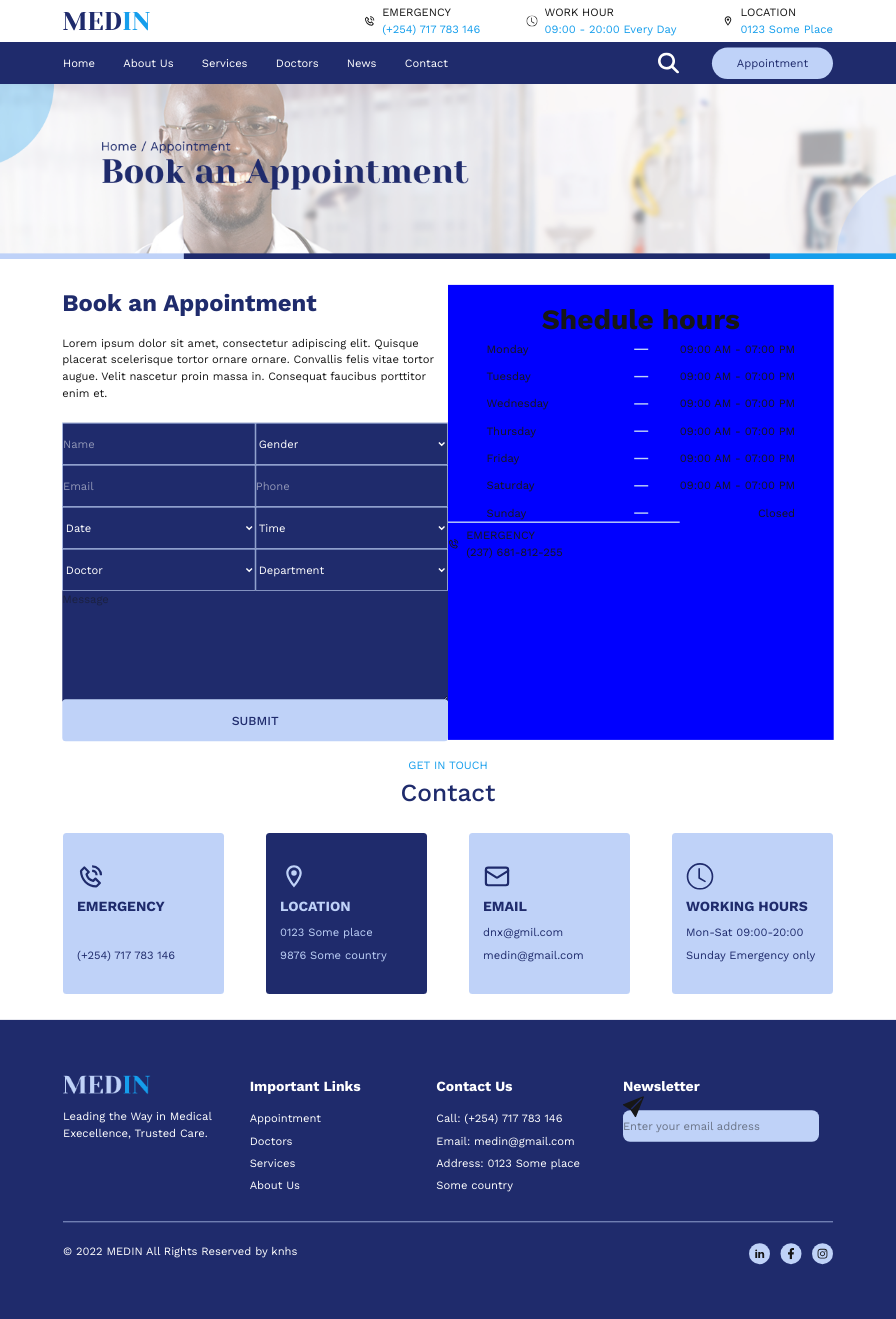
Repository: SynHK3/Poc_Hospital
Page: /appointment (app in fe_hospital/)
An editor plug-in stored every save of this project. The page is shown before and after a run of saves, followed by the edit.
The browser window is 1280 px wide. The pictures show the whole page, at 70% of full size.
The project was rebuilt for these pictures with package versions that can differ from the ones it lists, and the page was loaded fresh each time. The framework's server and built-in components were replaced by stand-ins that run in the browser. Also part of the build but not shown: fe_hospital/next.config.ts.

Above is the page before, as saved 2025-09-02 22:50:03.

### fe_hospital/src/app/layout.tsx
import type { Metadata } from "next";
import { Geist, Geist_Mono, Work_Sans } from "next/font/google";
import "./globals.css";

const geistSans = Geist({
  variable: "--font-geist-sans",
  subsets: ["latin"],
});

const geistMono = Geist_Mono({
  variable: "--font-geist-mono",
  subsets: ["latin"],
});

const workSans = Work_Sans({
  subsets: ["latin"],
  weight: ["400", "500", "600", "700"], // chọn các weight cần
});

export const metadata: Metadata = {
  title: "Create Next App",
  description: "Generated by create next app",
};

export default function RootLayout({
  children,
}: Readonly<{
  children: React.ReactNode;
}>) {
  return (
    <html lang="en">
      <body
        className={`${workSans.className} ${geistMono.variable} antialiased`}
      >
        {children}
      </body>
    </html>
  );
}

### fe_hospital/src/components/header/header.tsx
import Logo from "../../images/Logo.svg";
import Image from "next/image";
import { BiPhoneCall } from "react-icons/bi";
import { FaMagnifyingGlass } from "react-icons/fa6";
import { BsClock } from "react-icons/bs";
import { MdOutlineLocationOn } from "react-icons/md";
import "./header.css";

export default function Header() {
  return (
    <div className="container__header">
      <div className="header__layout">
        <div className="header__headline">
          <Image src={Logo} width={125} height={42} alt=""></Image>

          <div className="header__headline--info">
            <div className="header__headline--info--item">
              <BiPhoneCall className="icon__info--item"></BiPhoneCall>

              <div className="header__headline--info--desc">
                <h3>EMERGENCY</h3>
                <h5>(+254) 717 783 146</h5>
              </div>
            </div>

            <div className="header__headline--info--item">
              <BsClock className="icon__info--item"></BsClock>

              <div className="header__headline--info--desc">
                <h3>WORK HOUR</h3>
                <h5>09:00 - 20:00 Every Day</h5>
              </div>
            </div>

            <div className="header__headline--info--item">
              <MdOutlineLocationOn className="icon__info--item"></MdOutlineLocationOn>

              <div className="header__headline--info--desc">
                <h3>LOCATION</h3>
                <h5>0123 Some Place</h5>
              </div>
            </div>
          </div>
        </div>

        <div className="header__nav">
          <div className="layout__header--nav">
            <ul className="header__list--nav">
              <li>Home</li>
              <li>About Us</li>
              <li>Services</li>
              <li>Doctors</li>
              <li>News</li>
              <li>Contact</li>
            </ul>

            <div className="header__nav--appoinment">
              <FaMagnifyingGlass fontSize={30}></FaMagnifyingGlass>

              <button className="header__btn--appointment">Appointment</button>
            </div>
          </div>
        </div>
      </div>
    </div>
  );
}

### fe_hospital/src/app/appointment/appointment.css
.container__content--appointment {
  width: 100%;
  height: auto;
}

.content__banner--appointment {
  width: 100%;
  height: 250px;
  background-image: url("./images/Content__Header__Appointment.png");
  background-repeat: no-repeat;
  background-size: cover;
  background-position: center;
}

.content--form--appointment {
  display: flex;
  margin-top: 37px;
  width: 100%;
  height: 650px;

  align-items: center;
  justify-content: center;
}

.layout__content--submit--form--appointment {
  display: flex;
  width: 1102px;
  height: 650px;
}

/* CSS Form Appointment */

.container__form--submit--appointment {
  width: 50%;
  height: 650px;
}
.form__title {
  color: #1f2b6c;
  font-weight: bold;
  font-size: 34px;
}

.form__description {
  margin-top: 20px;
}

.form__appointment {
  margin-top: 30px;
}

.form__group {
  display: flex;
}

.form__input,
.form__select {
  width: 100%;
  height: 60px;
  background-color: #1f2b6c;
  border: 1px solid #bfd2f8;
  color: white;
  font-size: 1rem;
}

/* .form__select {
  appearance: none;
  background-image: url('data:[embedded picture, 232 characters]');
  background-repeat: no-repeat;
  background-position: right 15px center;
  background-size: 12px;
} */

.form__textarea {
  width: 100%;
  height: 158px;
  resize: vertical;
  background-color: #1f2b6c;
}

.btn__submit--appointment {
  margin-top: -10px;
  width: 100%;
  height: 60px;
  background-color: #bfd2f8;
  color: #1f2b6c;
  border-radius: 5px;
  font-size: 1.1rem;
  font-weight: 500;
  cursor: pointer;
}

/* End Form Appoint Ment */

/* Start Shedule Appoinment */

.container__shedule--appointment {
  width: 50%;
  height: 650px;
  background-color: blue;
}

.shedule__title {
  font-size: 2.5rem;
  font-weight: bold;
  margin-top: 20px;
  text-align: center;
}

.shedule__list {
  width: 80%;
  margin: 0 auto;
  display: flex;
  flex-direction: column;
  gap: 15px; /* khoảng cách giữa các item */
}

.shedule__item {
  display: flex;
  align-items: center;
}

.shedule__item .day {
  flex: 1;
  text-align: left;
}

.shedule__item .line--day--time {
  width: 20px; /* cố định 10px */
  height: 2px;
  background-color: #bfd2f8;
  margin: 0 8px;
}

.shedule__item .time {
  flex: 1;
  text-align: right;
}

.shedule__line {
  width: 331px;
  height: 2px;
  background-color: #bfd2f8;
}

.shedule__info--contact--item {
  height: 60px;
  display: flex;
  align-items: center;
}

.shedule__info--contact--desc {
}

/* End Shedule Appointment */

### fe_hospital/src/components/contact/contact.tsx
import "./contact.css";

import { BiPhoneCall } from "react-icons/bi";
import { MdOutlineLocationOn } from "react-icons/md";
import { LuMail } from "react-icons/lu";
import { BsClock } from "react-icons/bs";

export default function Contact() {
  return (
    <div className="container__contact">
      <div className="container__layout--contact">
        <div className="content__contact--headline">
          <h6>GET IN TOUCH</h6>
          <h1>Contact</h1>
        </div>

        <ul className="content__list--contact">
          <li>
            <div className="contact--item">
              <BiPhoneCall className="contact__item--icon"></BiPhoneCall>
              <h1>EMERGENCY</h1>

              <h3 style={{ visibility: "hidden" }}>dnx@gmil.com</h3>
              <p>(+254) 717 783 146</p>
            </div>
          </li>
          <li>
            <div className="contact--item">
              <MdOutlineLocationOn className="contact__item--icon"></MdOutlineLocationOn>
              <h1>LOCATION</h1>

              <p>0123 Some place</p>
              <p>9876 Some country</p>
            </div>
          </li>
          <li>
            <div className="contact--item">
              <LuMail className="contact__item--icon"></LuMail>
              <h1>EMAIL</h1>

              <p>dnx@gmil.com</p>
              <p>medin@gmail.com</p>
            </div>
          </li>
          <li>
            <div className="contact--item">
              <BsClock className="contact__item--icon"></BsClock>
              <h1 className="headline--item">WORKING HOURS</h1>

              <p>Mon-Sat 09:00-20:00</p>
              <p>Sunday Emergency only</p>
            </div>
          </li>
        </ul>
      </div>
    </div>
  );
}

### fe_hospital/src/components/footer/footer.tsx
import "./footer.css";
import { RiLinkedinFill } from "react-icons/ri";
import { FaFacebookF } from "react-icons/fa";
import { FaInstagram } from "react-icons/fa";
import Image from "next/image";
import LogoFooter from "../../images/Logo__Footer.png";
import { BsFillSendFill } from "react-icons/bs";

export default function Footer() {
  return (
    <div className="container__footer">
      <div className="container__layout--footer">
        <ul className="list__footer--item">
          <li>
            <div>
              <Image src={LogoFooter} width={125} height={42} alt=""></Image>
              <h1 className="headline__footer">
                Leading the Way in Medical Execellence, Trusted Care.
              </h1>
            </div>
          </li>
          <li>
            <div>
              <h1 className="footer--item--headline">Important Links</h1>
              <ul className="list--item--footer--link">
                <li>Appointment</li>
                <li>Doctors</li>
                <li>Services</li>
                <li>About Us</li>
              </ul>
            </div>
          </li>

          <li>
            <div>
              <h1 className="footer--item--headline">Contact Us</h1>
              <ul className="list--item--footer--contact">
                <li>Call: (+254) 717 783 146</li>
                <li>Email: medin@gmail.com</li>
                <li>Address: 0123 Some place</li>
                <li>Some country</li>
              </ul>
            </div>
          </li>
          <li>
            <div>
              <h1 className="footer--item--headline">Newsletter</h1>
              <div className="container__input--send--mail">
                <input
                  className="input__footer--send--mail"
                  placeholder="Enter your email address"
                ></input>

                <BsFillSendFill
                  className="footer__icon--send--mail"
                  fontSize={30}
                ></BsFillSendFill>
              </div>
            </div>
          </li>
        </ul>

        <div className="footer--line"></div>

        <div className="footer--link--social">
          <h3>© 2022 MEDIN All Rights Reserved by knhs</h3>

          <ul className="list--icon--link--social">
            <li>
              <RiLinkedinFill></RiLinkedinFill>
            </li>
            <li>
              <FaFacebookF></FaFacebookF>
            </li>
            <li>
              <FaInstagram></FaInstagram>
            </li>
          </ul>
        </div>
      </div>
    </div>
  );
}

### fe_hospital/src/components/header/header.css
.container__header {
  width: 100%;
  height: 120px;
}

.header__layout {
  display: flex;
  flex-direction: column;
  align-items: center;
  width: 100%;
}

.header__headline {
  display: flex;
  justify-content: space-between;
  width: 1100px;
  height: 60px;
}

.header__headline--info {
  width: 670px;
  display: flex;
  justify-content: space-between;
}

.header__headline--info--desc > h5 {
  color: #159eec;
}

.header__headline--info--item {
  height: 60px;
  display: flex;
  align-items: center;
}

.icon__info--item {
  font-size: 30;
  margin-right: 10px;
}

/* Header Nav */

.header__nav {
  display: flex;
  align-items: center;
  justify-content: center;
  width: 100%;
  height: 60px;
  background-color: #1f2b6c;
  color: white;
}

.layout__header--nav {
  display: flex;
  justify-content: space-between;
  align-items: center;
  width: 1100px;
  height: 60px;
}

.header__list--nav {
  width: 550px;
  display: flex;
  justify-content: space-between;
}

.header__nav--appoinment {
  width: 250px;
  height: 45px;
  display: flex;
  justify-content: space-between;
  align-items: center;
}

.header__btn--appointment {
  color: #1f2b6c;
  width: 173px;
  height: 45px;
  background-color: #bfd2f8;
  border-radius: 30px;
}

### fe_hospital/src/components/contact/contact.css
.container__contact {
  display: flex;
  width: 100%;
  height: 400px;
  justify-content: center;
}

.container__layout--contact {
  display: flex;
  flex-direction: column;
  justify-content: space-between;
  width: 1100px;
  height: 363px;
}

.content__contact--headline {
  display: flex;
  flex-direction: column;
  width: 100%;
  height: 127px;
  align-items: center;
  justify-content: center;
}

.content__list--contact {
  display: flex;
  justify-content: space-between;
  align-items: center;
}

.content__contact--headline > h1 {
  font-size: 35px;
  font-weight: 500;
  color: #1f2b6c;
}
.content__contact--headline > h6 {
  color: #159eec;
}

.content__list--contact > li {
  display: flex;
  align-items: center;
  width: 230px;
  height: 230px;
  background-color: #bfd2f8;
  border-radius: 5px;
}

.content__list--contact > li:nth-child(2) {
  background-color: #1f2b6c;
}

.content__list--contact > li:nth-child(2) > div > p,
.content__list--contact > li:nth-child(2) > div > h1,
.content__list--contact > li:nth-child(2) > div > .contact__item--icon {
  color: #bfd2f8;
}

.contact--item {
  margin-left: 20px;
  display: flex;
  flex-direction: column;
  justify-content: space-between;
  width: 126px;
  height: 145px;
}

.contact--item > h1 {
  width: 230px;
  font-size: 20px;
  font-weight: 700;
  color: #1f2b6c;
}

.contact--item > p {
  width: 230px;
  color: #1f2b6c;
}

.headline--item {
  width: 140px;
}

.contact__item--icon {
  width: 40px;
  height: 38px;
  color: #1f2b6c;
}

### fe_hospital/src/components/footer/footer.css
.container__footer {
  display: flex;
  width: 100%;
  height: 427px;
  justify-content: center;
  align-items: center;
  background-color: #1f2b6c;
}

.container__layout--footer {
  display: flex;
  flex-direction: column;
  justify-content: space-between;
  width: 1100px;
  height: 270px;
}

/* Footer Items  */
.list__footer--item {
  display: flex;
  justify-content: space-between;
  height: 179px;
}

.footer--item--headline {
  color: white;
  font-weight: 700;
  font-size: 20px;
}

.list__footer--item > li {
  width: 220px;
  height: 179px;
}

.list__footer--item > li:last-child {
  display: flex;
  width: 300px;
}

.headline__footer {
  width: 250px;
  color: white;
}

/* Input SEND MAIL */
.container__input--send--mail {
  position: relative;
  width: 280px;
  display: flex;
  justify-content: space-between;
}

.input__footer--send--mail {
  width: 300px;
  height: 45px;
  background-color: #bfd2f8;
  border-radius: 10px;
}

.footer__icon--send--mail {
  position: absolute;
  right: 10;
  margin-top: 27;
}

.headline__footer,
.list--item--footer--link,
.list--item--footer--contact,
.input__footer--send--mail {
  margin-top: 20px;
}

.list--item--footer--link,
.list--item--footer--contact {
  display: flex;
  flex-direction: column;
  justify-content: space-between;
  height: 120px;
  color: white;
}

/* Footer Line */

.footer--line {
  width: 100%;
  height: 1px;
  background-color: #bfd2f8;
}

.footer--link--social {
  justify-content: space-between;
  display: flex;
}

.footer--link--social > h3 {
  color: white;
}

.list--icon--link--social {
  display: flex;
  justify-content: space-between;
  width: 120px;
}

.list--icon--link--social > li {
  display: flex;
  align-items: center;
  justify-content: center;
  width: 30px;
  height: 30px;
  background-color: #bfd2f8;
  border-radius: 50%;
}

Loaded but not shown: fe_hospital/src/app/globals.css (common file); fe_hospital/src/app/appointment/page.tsx (139 lines, source omitted)

After the next 3 saves:
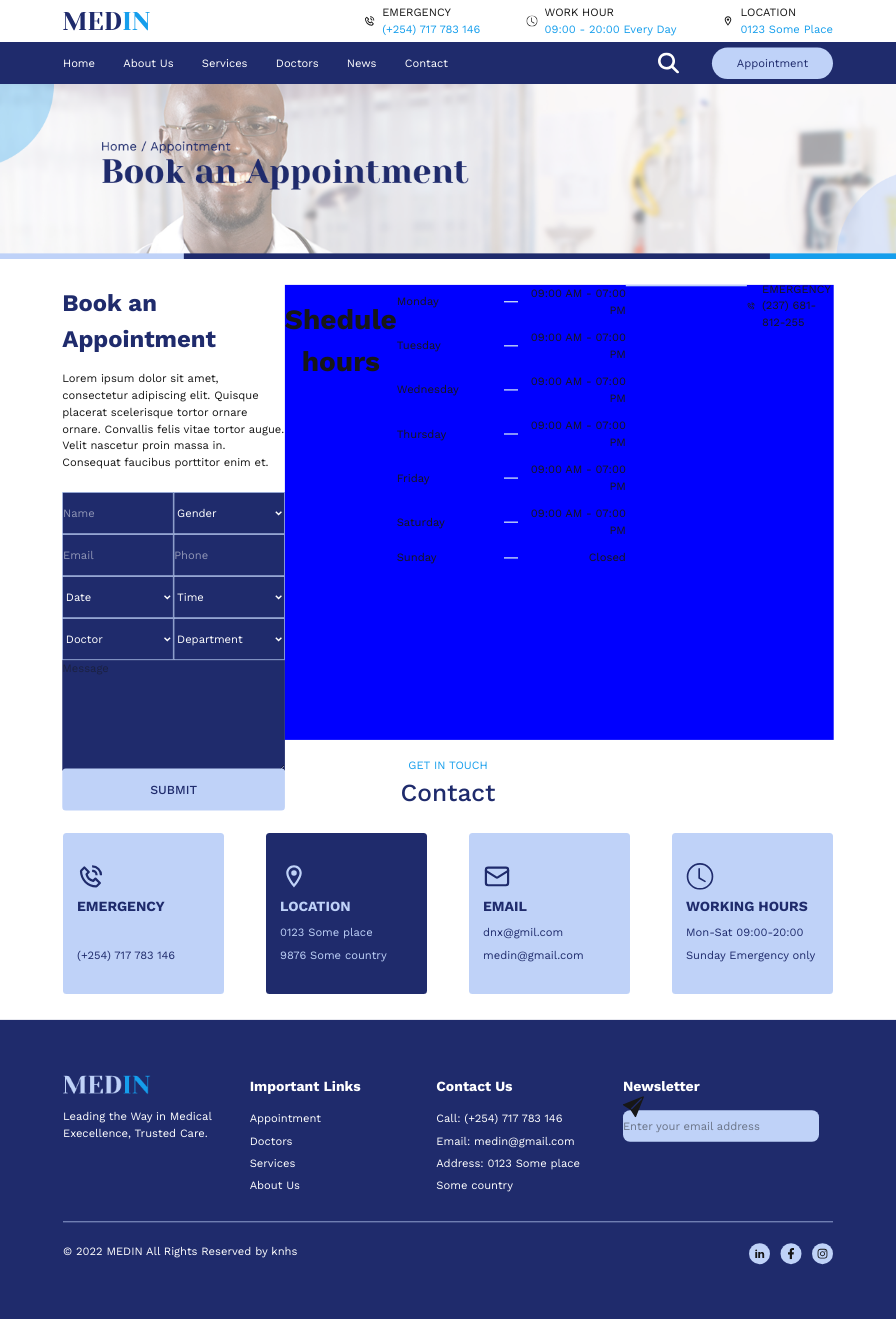
The 3 saves are shown as one change because they came seconds apart.
The last was saved 90 s later.
--- a/fe_hospital/src/app/appointment/appointment.css
+++ b/fe_hospital/src/app/appointment/appointment.css
@@ -94,6 +94,8 @@
 /* Start Shedule Appoinment */
 
 .container__shedule--appointment {
+  display: flex;
+  f
   width: 50%;
   height: 650px;
   background-color: blue;

After the 4 saves that followed:
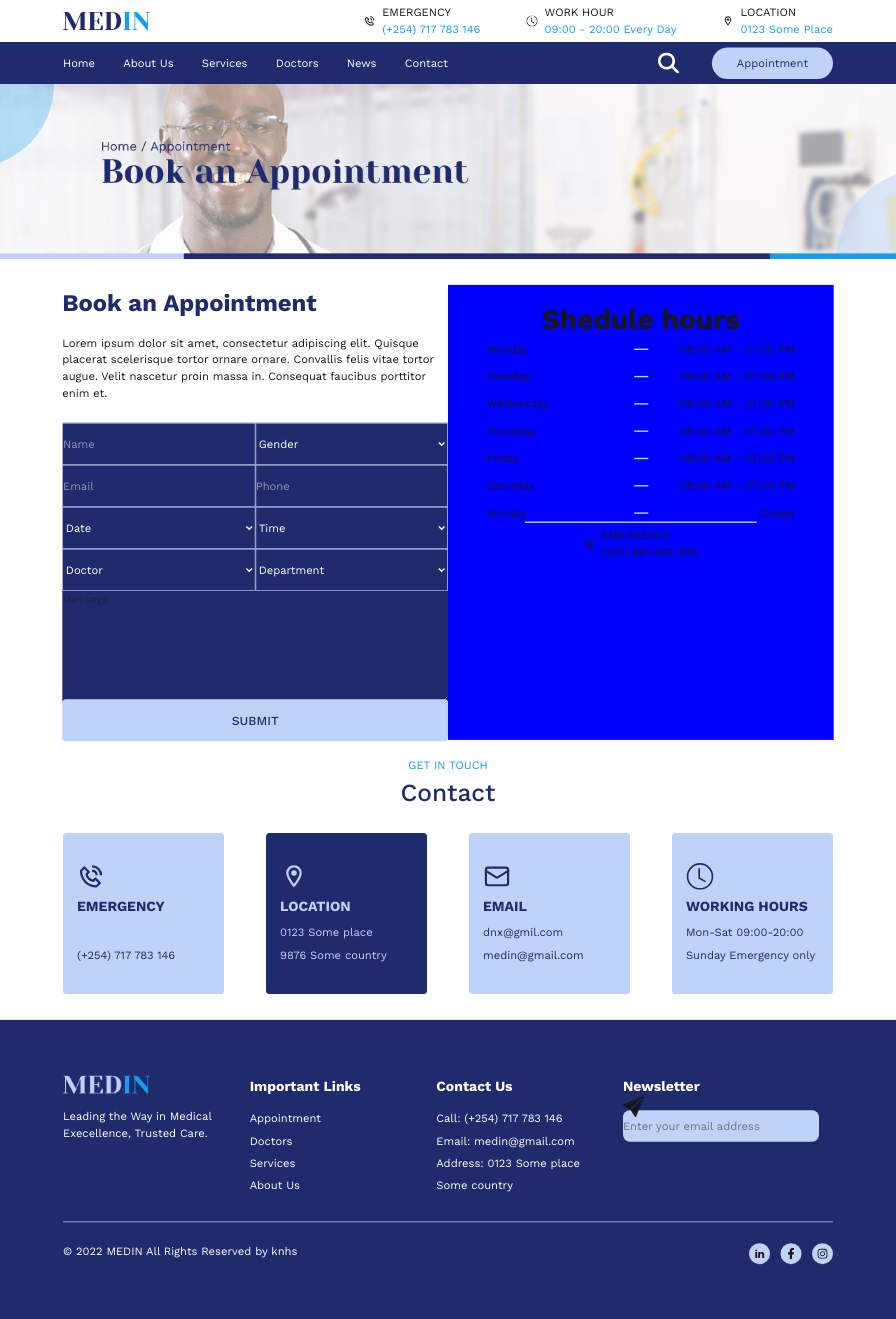
The 4 saves are shown as one change because they came seconds apart.
The last was saved 11 s later.
--- a/fe_hospital/src/app/appointment/appointment.css
+++ b/fe_hospital/src/app/appointment/appointment.css
@@ -95,7 +95,8 @@
 
 .container__shedule--appointment {
   display: flex;
-  f
+  flex-direction: column;
+  align-items: center;
   width: 50%;
   height: 650px;
   background-color: blue;
